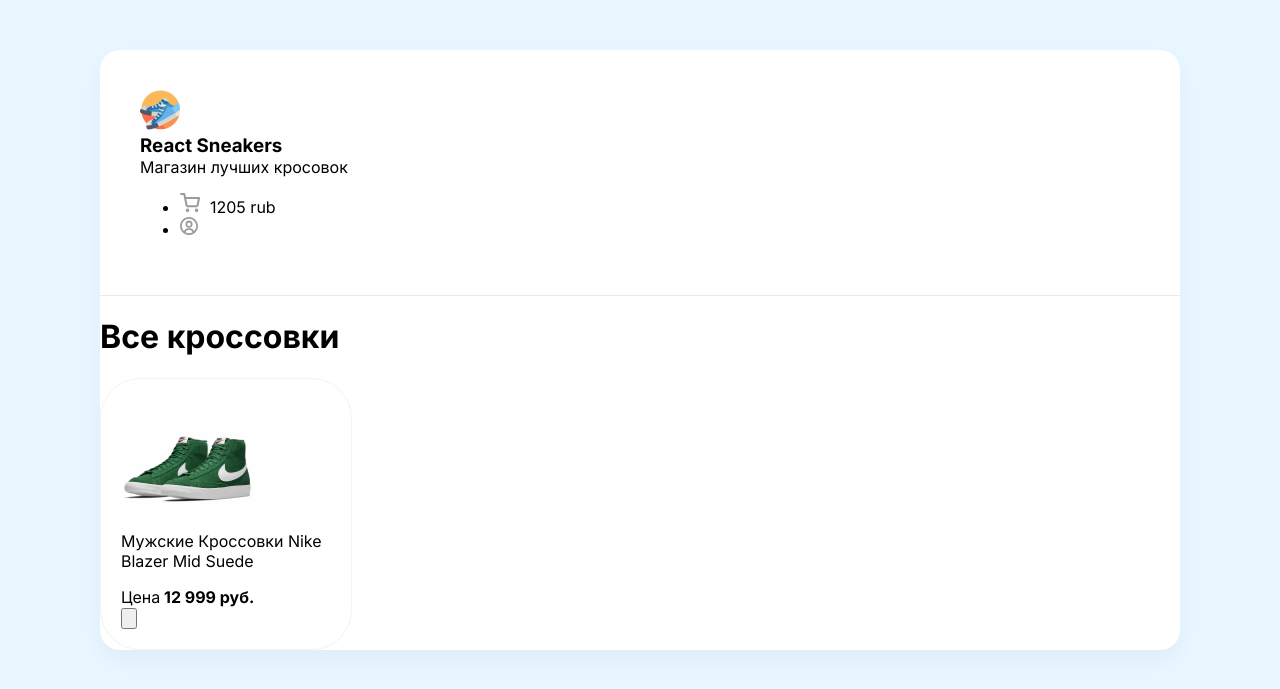
Repository: iveivs/sneakers
Page: /
These files come from the project's save history. The page is drawn as it stood at one moment and after the next save; the edit follows.
The browser window is 1280 px wide. The pictures show the whole page.
The project was rebuilt for these pictures with package versions that can differ from the ones it lists, and the page was loaded fresh each time.

Above is the page before, as saved 2024-02-10 17:46:31.

After the next save:
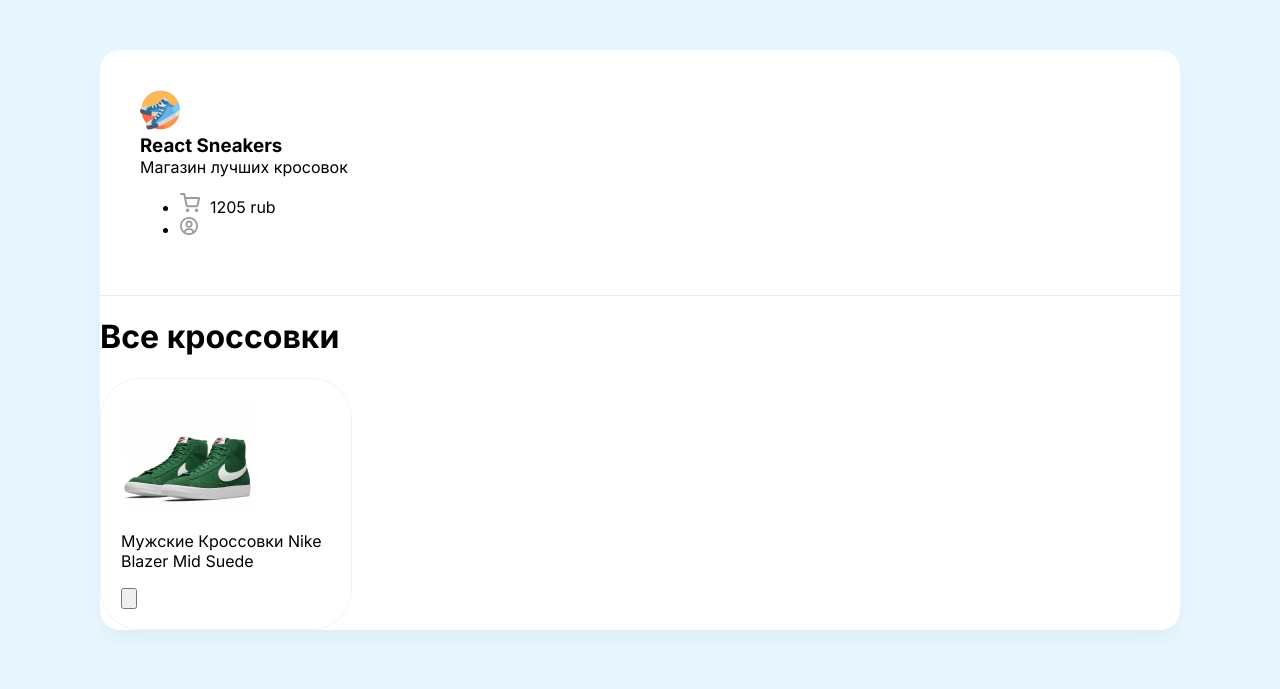
Saved 16 s later.
--- a/src/App.js
+++ b/src/App.js
@@ -34,8 +34,7 @@
           <img width={133} height={112} src="/img/image 5.jpg" alt="" />
           <p>Мужские Кроссовки Nike Blazer Mid Suede</p>
           <div className="d-flex justify-between">
-            <span>Цена</span>
-            <b> 12 999 руб.</b>
+
           </div>
           <button>
             <img src="" alt="" />

After the 5 saves that followed:
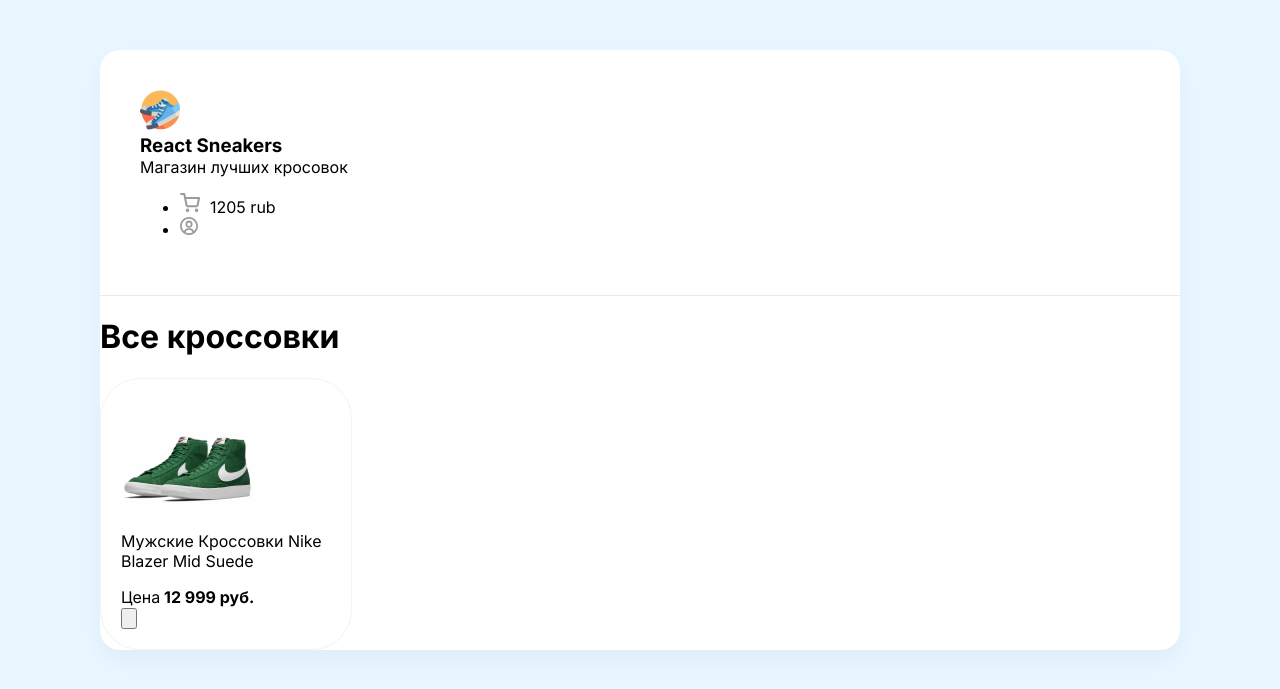
The 5 saves are shown as one change because 1 left the picture as it was and some came seconds apart.
The last was saved 13 s later.
--- a/src/App.js
+++ b/src/App.js
@@ -34,7 +34,10 @@
           <img width={133} height={112} src="/img/image 5.jpg" alt="" />
           <p>Мужские Кроссовки Nike Blazer Mid Suede</p>
           <div className="d-flex justify-between">
-
+            <div>
+              <span>Цена</span>
+              <b> 12 999 руб.</b>
+            </div>
           </div>
           <button>
             <img src="" alt="" />
